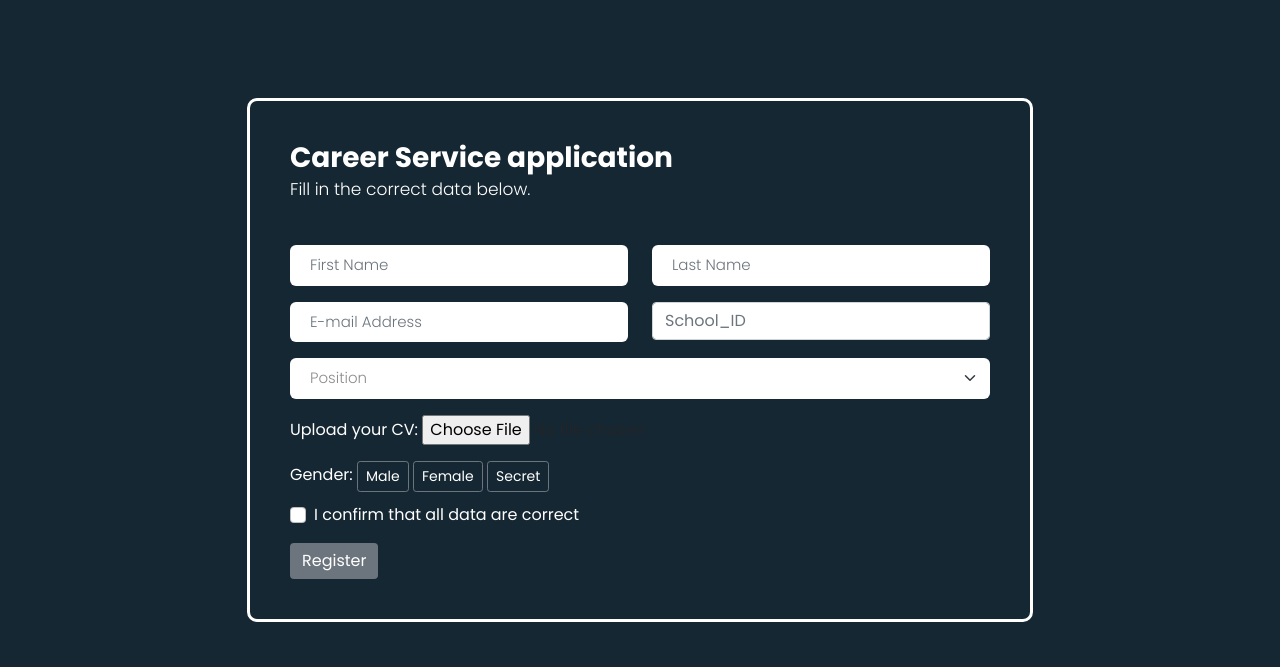
Repository: Samkiroko/form-assignment
Page: index.html
An editor plug-in stored every save of this project. The page is shown before and after the next save, followed by the edit.
The browser window is 1280 px wide. The pictures show the whole page.

Above is the page before, as saved 2022-12-03 18:46:38.

### index.html
<!DOCTYPE html>
<html lang="en" >
<head>
  <meta charset="UTF-8">
  <title>Career Service application</title>
  <link rel='stylesheet' href='https://cdn.jsdelivr.net/npm/bootstrap@5.0.0-beta2/dist/css/bootstrap.min.css'><link rel="stylesheet" href="./style.css">

</head>
<body>
<!-- partial:index.partial.html -->
<div class="form-body">
        <div class="row">
            <div class="form-holder">
                <div class="form-content">
                    <div class="form-items">
                        <h3>Career Service application</h3>
                        <p>Fill in the correct data below.</p>
                        <form class="requires-validation" novalidate>
                            <div class="row">
                                 <div class="col-6">
                               <input class="form-control" type="text" name="name" placeholder="First Name" required>
                               <div class="valid-feedback">First Name field is valid!</div>
                               <div class="invalid-feedback">First Name field cannot be blank!</div>
                            </div>
                            <div class="col-6">
                               <input class="form-control" type="text" name="name" placeholder="Last Name" required>
                               <div class="valid-feedback">Last Name field is valid!</div>
                               <div class="invalid-feedback">Last Name field cannot be blank!</div>
                            </div>
                            </div>
                            <div class="row">
                                <div class="col-6">
                                <input class="form-control" type="email" name="email" placeholder="E-mail Address" required>
                                 <div class="valid-feedback">Email field is valid!</div>
                                 <div class="invalid-feedback">Email field cannot be blank!</div>
                            </div>
                             <div class="col-6 mt-3">
                                <input class="form-control" type="number" name="ID" placeholder="School_ID" required>
                                 <div class="valid-feedback">School id field is valid!</div>
                                 <div class="invalid-feedback">School id field cannot be blank!</div>
                            </div>
                        </div>


                           <div class="col-md-12">
                                <select class="form-select mt-3" required>
                                      <option selected disabled value="">Position</option>
                                      <option value="jweb">Junior Web Developer</option>
                                      <option value="sweb">Senior Web Developer</option>
                                      <option value="pmanager">Project Manager</option>
                                      <option value="pmanager">System Design</option>
                               </select>
                                <div class="valid-feedback">You selected a position!</div>
                                <div class="invalid-feedback">Please select a position!</div>
                           </div>


                                                <div class="form-button mt-3">
        <label class="mr-4">Upload your CV:</label>
        <input type="file" name="file">
      </div>


                           <div class="col-md-12 mt-3">
                            <label class="mb-3 mr-1" for="gender">Gender: </label>

                            <input type="radio" class="btn-check" name="gender" id="male" autocomplete="off" required>
                            <label class="btn btn-sm btn-outline-secondary" for="male">Male</label>

                            <input type="radio" class="btn-check" name="gender" id="female" autocomplete="off" required>
                            <label class="btn btn-sm btn-outline-secondary" for="female">Female</label>

                            <input type="radio" class="btn-check" name="gender" id="secret" autocomplete="off" required>
                            <label class="btn btn-sm btn-outline-secondary" for="secret">Secret</label>
                               <div class="valid-feedback mv-up">You selected a gender!</div>
                                <div class="invalid-feedback mv-up">Please select a gender!</div>
                            </div>

                        <div class="form-check">
                          <input class="form-check-input" type="checkbox" value="" id="invalidCheck" required>
                          <label class="form-check-label">I confirm that all data are correct</label>
                         <div class="invalid-feedback">Please confirm that the entered data are all correct!</div>
                        </div>


                            <div class="form-button mt-3">
                                <button id="submit" type="submit" class="btn btn-primary">Register</button>
                            </div>
                        </form>
                    </div>
                </div>
            </div>
        </div>
    </div>
<!-- partial -->
  <script  src="./script.js"></script>

</body>
</html>

### style.css
@import url('https://fonts.googleapis.com/css2?family=Poppins:wght@300;400;500;700;900&display=swap');

*,
body {
  font-family: 'Poppins', sans-serif;
  font-weight: 400;
  -webkit-font-smoothing: antialiased;
  text-rendering: optimizeLegibility;
  -moz-osx-font-smoothing: grayscale;
}

html,
body {
  height: 100%;
  background-color: #152733;
  overflow: hidden;
}

.form-holder {
  display: flex;
  flex-direction: column;
  justify-content: center;
  align-items: center;
  text-align: center;
  min-height: 100vh;
}

.form-holder .form-content {
  position: relative;
  text-align: center;
  display: -webkit-box;
  display: -moz-box;
  display: -ms-flexbox;
  display: -webkit-flex;
  display: flex;
  -webkit-justify-content: center;
  justify-content: center;
  -webkit-align-items: center;
  align-items: center;
  padding: 60px;
}

.form-content .form-items {
  border: 3px solid #fff;
  padding: 40px;
  display: inline-block;
  width: 100%;
  min-width: 540px;
  -webkit-border-radius: 10px;
  -moz-border-radius: 10px;
  border-radius: 10px;
  text-align: left;
  -webkit-transition: all 0.4s ease;
  transition: all 0.4s ease;
}

.form-content h3 {
  color: #fff;
  text-align: left;
  font-size: 28px;
  font-weight: 600;
  margin-bottom: 5px;
}

.form-content h3.form-title {
  margin-bottom: 30px;
}

.form-content p {
  color: #fff;
  text-align: left;
  font-size: 17px;
  font-weight: 300;
  line-height: 20px;
  margin-bottom: 30px;
}

.form-content label,
.was-validated .form-check-input:invalid ~ .form-check-label,
.was-validated .form-check-input:valid ~ .form-check-label {
  color: #fff;
}

.form-content input[type='text'],
.form-content input[type='password'],
.form-content input[type='email'],
.form-content select {
  width: 100%;
  padding: 9px 20px;
  text-align: left;
  border: 0;
  outline: 0;
  border-radius: 6px;
  background-color: #fff;
  font-size: 15px;
  font-weight: 300;
  color: #8d8d8d;
  -webkit-transition: all 0.3s ease;
  transition: all 0.3s ease;
  margin-top: 16px;
}

.btn-primary {
  background-color: #6c757d;
  outline: none;
  border: 0px;
  box-shadow: none;
}

.btn-primary:hover,
.btn-primary:focus,
.btn-primary:active {
  background-color: #495056;
  outline: none !important;
  border: none !important;
  box-shadow: none;
}

.form-content textarea {
  position: static !important;
  width: 100%;
  padding: 8px 20px;
  border-radius: 6px;
  text-align: left;
  background-color: #fff;
  border: 0;
  font-size: 15px;
  font-weight: 300;
  color: #8d8d8d;
  outline: none;
  resize: none;
  height: 120px;
  -webkit-transition: none;
  transition: none;
  margin-bottom: 14px;
}

.form-content textarea:hover,
.form-content textarea:focus {
  border: 0;
  background-color: #ebeff8;
  color: #8d8d8d;
}

.mv-up {
  margin-top: -9px !important;
  margin-bottom: 8px !important;
}

.invalid-feedback {
  color: #ff606e;
}

.valid-feedback {
  color: #2acc80;
}

### script.js
(function () {
'use strict'
const forms = document.querySelectorAll('.requires-validation')
Array.from(forms)
  .forEach(function (form) {
    form.addEventListener('submit', function (event) {
      if (!form.checkValidity()) {
        event.preventDefault()
        event.stopPropagation()
      }

      form.classList.add('was-validated')
    }, false)
  })
})()

After the next save:
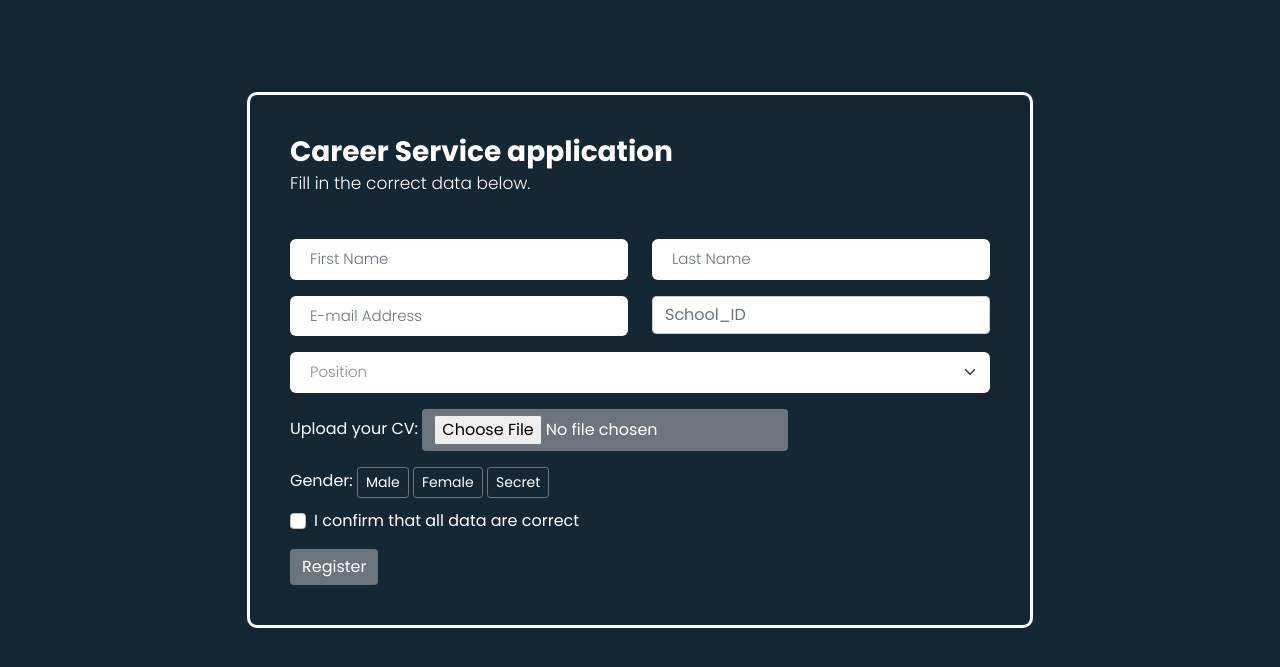
Saved 34 s later.
--- a/index.html
+++ b/index.html
@@ -57,7 +57,7 @@
 
                                                 <div class="form-button mt-3">
         <label class="mr-4">Upload your CV:</label>
-        <input type="file" name="file">
+        <input type="file" name="file" class='btn btn-primary'>
       </div>
 
 

After the save that followed:
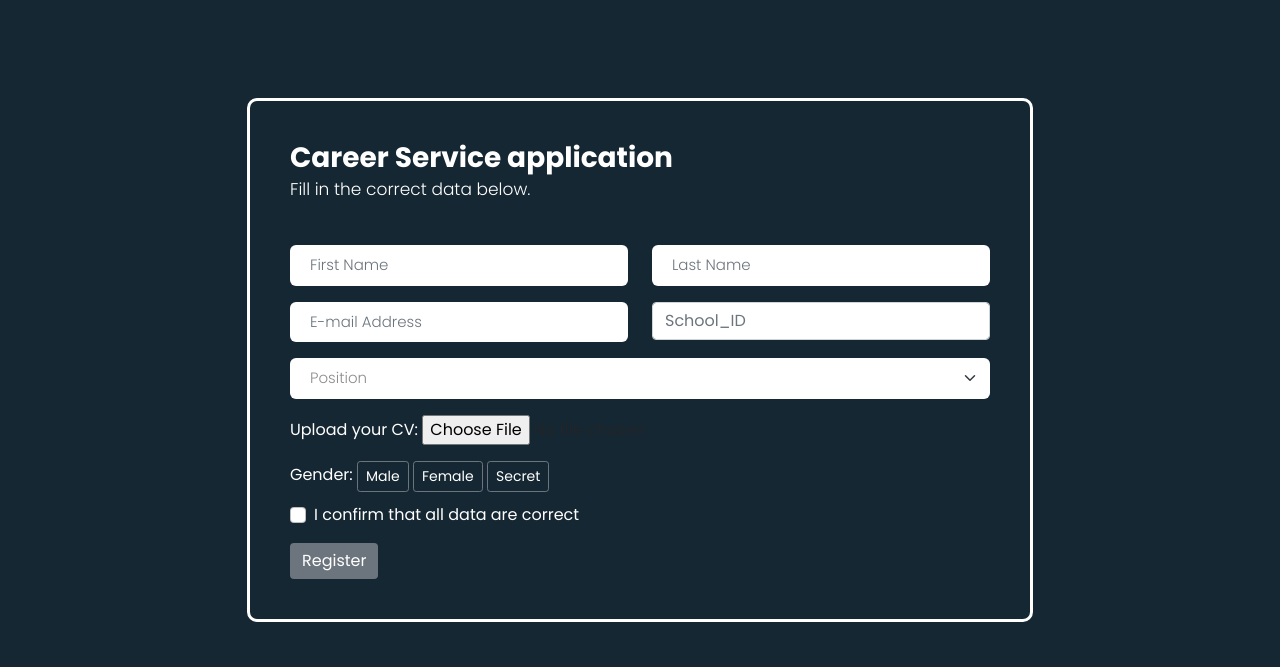
Saved 17 s later.
--- a/index.html
+++ b/index.html
@@ -57,7 +57,7 @@
 
                                                 <div class="form-button mt-3">
         <label class="mr-4">Upload your CV:</label>
-        <input type="file" name="file" class='btn btn-primary'>
+        <input type="file" name="file">
       </div>
 
 
